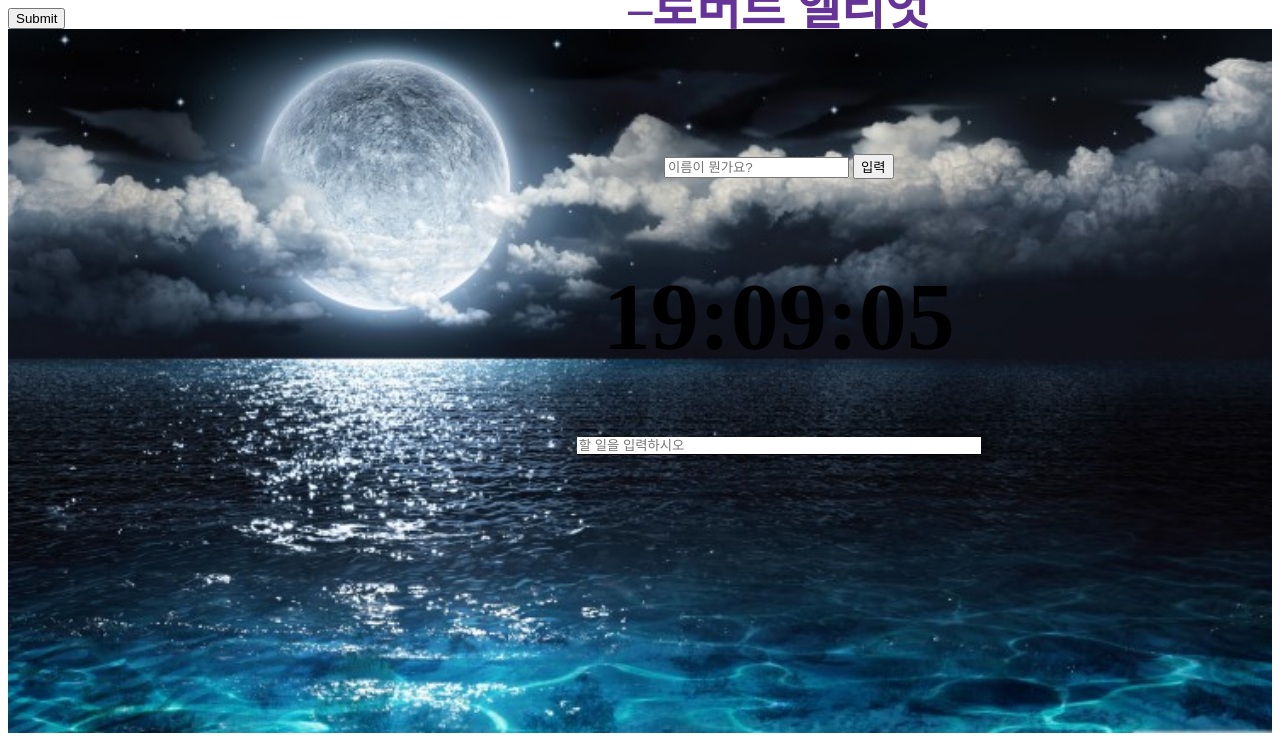
Repository: jun01270/F-E-practice
Page: index.html
The author's editor kept a copy of each file at every save. The page is drawn from the files as they stood at one save, then again after the next save.
The browser window is 1280 px wide. The pictures show the whole page.

Above is the page before, as saved 2023-01-10 14:50:15.
Console error: TypeError: Cannot read properties of null (reading 'addEventListener')

### index.html
<!DOCTYPE html>
<html lang="en">
  <head>
    <meta charset="UTF-8" />
    <meta http-equiv="X-UA-Compatible" content="IE=edge" />
    <meta name="viewport" content="width=device-width, initial-scale=1.0" />
    <link rel="stylesheet" href="/css/style.css" />
    <title>Document</title>
  </head>
  <body>
    <div id="all">
      <form id="userName-form" class="hidden">
        <input required type="text" placeholder="이름이 뭔가요?" />
        <input type="submit" value="입력" />
      </form>
      <br />
      <h1 id="clock">00:00:00</h1>
      <form id="todo-form">
        <input id="input-blank" type="text" placeholder="할 일을 입력하시오" />
      </form>
      <ul id="todo-list"></ul>
      <div id="quote">
        <h1></h1>
        <h1></h1>
      </div>
    </div>
    <div>
      <form>
        <input type="submit" class="userName-form" />
      </form>
    </div>
    <script src="/js/greeting.js"></script>
    <script src="/js/clock.js"></script>
    <script src="/js/quotes.js"></script>
    <script src="/js/background.js"></script>
    <script src="js/todo.js"></script>
    <script src="/js/weather.js"></script>
  </body>
</html>

### css/style.css
.hidden {
  display: none;
}

#background {
  width: 100%;
  height: 100%;
  padding: 0;
}

body {
  position: relative;
}

#all {
  position: absolute;
  top: 20%;
  left: 45%;
  text-align: center;
}

#clock {
  font-size: 600%;
}

#input-blank {
  width: 400px;
  border-top: none;
  border-left: none;
  border-right: none;
  border-bottom: 1px solid black;
}

#todo-list {
  color: yellow;
}

#quote {
  position: absolute;
  bottom: 400px;
  color: rebeccapurple;
  font-size: x-large;
}

### js/greeting.js
const userNameBtn = document.querySelector("#userName-form submit");
const userName = document.querySelector("#userName-form input");
const loginForm = document.querySelector("#userName-form");
const firstH1 = document.getElementById("result");
const SavedUserName = localStorage.getItem("username");
const HIDDEN_CLASSNAME = "hidden";
const toStart = document.querySelector("button.boom");

function loginResult(e) {
  e.preventDefault();
  loginForm.classList.add(HIDDEN_CLASSNAME);
  const userName1 = userName.value;
  localStorage.setItem("username", userName1);
  paintUserName();
}

function paintUserName() {
  const userName1 = localStorage.getItem("username");
  firstH1.innerText = `Hello ${userName1}`;
  firstH1.classList.remove(HIDDEN_CLASSNAME);
}

if (SavedUserName === null) {
  loginForm.classList.remove(HIDDEN_CLASSNAME);
  loginForm.addEventListener("submit", loginResult);
} else {
  paintUserName();
}

function deleteUserName() {
  localStorage.removeItem("username");
  location.reload();
}

toStart.addEventListener("click", deleteUserName);
console.log(toStart.className);

### js/clock.js
const all = document.querySelector("div#all");
const clock = all.querySelector("h1#clock");

function getClock() {
  const date = new Date();
  let Hours = String(date.getHours()).padStart(2, "0");
  let Minutes = String(date.getMinutes()).padStart(2, "0");
  let Seconds = String(date.getSeconds()).padStart(2, "0");
  // console.log(`${date.getHours()}:${date.getMinutes()}:${date.getSeconds()}`);
  clock.innerText = `${Hours}:${Minutes}:${Seconds}`;
}

getClock();
setInterval(getClock, 1000);

### js/quotes.js
const quotes = [
  {
    quote: "삶이 있는 한 희망은 있다",
    author: "-키케로",
  },
  {
    quote: "산다는것 그것은 치열한 전투이다.",
    author: "-로망로랑",
  },
  {
    quote: "하루에 3시간을 걸으면 7년 후에 지구를 한바퀴 돌 수 있다. ",
    author: "-사무엘존슨",
  },
  {
    quote: "언제나 현재에 집중할수 있다면 행복할것이다. ",
    author: "-파울로 코엘료",
  },
  {
    quote:
      "진정으로 웃으려면 고통을 참아야하며 , 나아가 고통을 즐길 줄 알아야 해 ",
    author: "-찰리 채플린",
  },
  {
    quote: "직업에서 행복을 찾아라. 아니면 행복이 무엇인지 절대 모를 것이다 ",
    author: "-엘버트 허버드",
  },
  {
    quote: "신은 용기있는자를 결코 버리지 않는다 ",
    author: "-켄러",
  },
  {
    quote:
      "행복의 문이 하나 닫히면 다른 문이 열린다 그러나 우리는 종종 닫힌 문을 멍하니 바라보다가 우리를 향해 열린 문을 보지 못하게 된다 ",
    author: "–헬렌켈러",
  },
  {
    quote: "피할수 없으면 즐겨라 ",
    author: "–로버트 엘리엇",
  },
];
const quoteCount = quotes.length;
const quote = document.querySelector("#quote h1:first-child");
const author = document.querySelector("#quote h1:last-child");
const todaysQuote = quotes[Math.floor(Math.random() * quoteCount)];

function showQuote() {
  console.log(quotes[Math.floor(Math.random() * quoteCount)]);
  quote.innerText = todaysQuote.quote;
  author.innerText = todaysQuote.author;
}

setInterval(showQuote, 1000);

### js/background.js
const images = ["moon.jpg", "river.jpg", "orora.jpg"];
const chosenImage = images[Math.floor(Math.random() * images.length)];
const bgImage = document.createElement("img");
const content = document.getElementById("wrapper");
bgImage.id = "background";

bgImage.src = `img/${chosenImage}`;

document.body.appendChild(bgImage);
// bgImage.appendChild(content);

console.log(content);

### js/todo.js
const toDoForm = document.getElementById("todo-form");
const toDoInput = document.querySelector("#todo-form input");
const toDoLi = document.querySelector("#todo-list li");
const toDoList = document.getElementById("todo-list");
const TODOS_KEY = "todos";
let toDos = [];

function saveToDoLists() {
  localStorage.setItem(TODOS_KEY, JSON.stringify(toDos));
}

function deleteToDo(e) {
  const todoLi = e.target.parentNode;
  todoLi.remove();
  const cleanToDos = toDos.filter((toDo) => toDo.id !== todoLi.id);
  toDos = cleanToDos;
  saveToDoLists();
}

function paintToDo(newToDoObj) {
  const listOfToDo = document.createElement("div");
  listOfToDo.id = newToDoObj.Id;
  const span = document.createElement("span");
  span.innerText = newToDoObj.text;
  const deleteButton = document.createElement("button");
  deleteButton.innerText = "X";
  deleteButton.addEventListener("click", deleteToDo);
  listOfToDo.appendChild(span);
  listOfToDo.appendChild(deleteButton);
  toDoList.appendChild(listOfToDo);
}

function handleToDoSubmit(e) {
  e.preventDefault();
  const newToDo = toDoInput.value;
  toDoInput.value = "";
  const newToDoObj = {
    text: newToDo,
    id: toDos.length + 1,
  };
  toDos.push(newToDoObj);
  paintToDo(newToDoObj);
  saveToDoLists();
}

toDoForm.addEventListener("submit", handleToDoSubmit);

const getToDo = localStorage.getItem(TODOS_KEY);
if (getToDo !== null) {
  const parseToDo = JSON.parse(getToDo);
  toDos = parseToDo;
  parseToDo.forEach(paintToDo);
}

### js/weather.js
const API_KEY = "fbf7375beaa21a73574692bdaef4a2e7";

function onGeoSuc(position) {
  const lat = position.coords.latitude;
  const lon = position.coords.longitude;
  console.log("Your position is", lat, lon);
  const url = `https://api.openweathermap.org/geo/1.0/reverse?lat=${lat}&lon=${lon}&limit={limit}&appid=${API_KEY}`;
  console.log(url);
}

function onGeoErr() {
  alert("위치를 찾을 수 없습니다.");
}
navigator.geolocation.getCurrentPosition(onGeoSuc, onGeoErr);

After the next save:
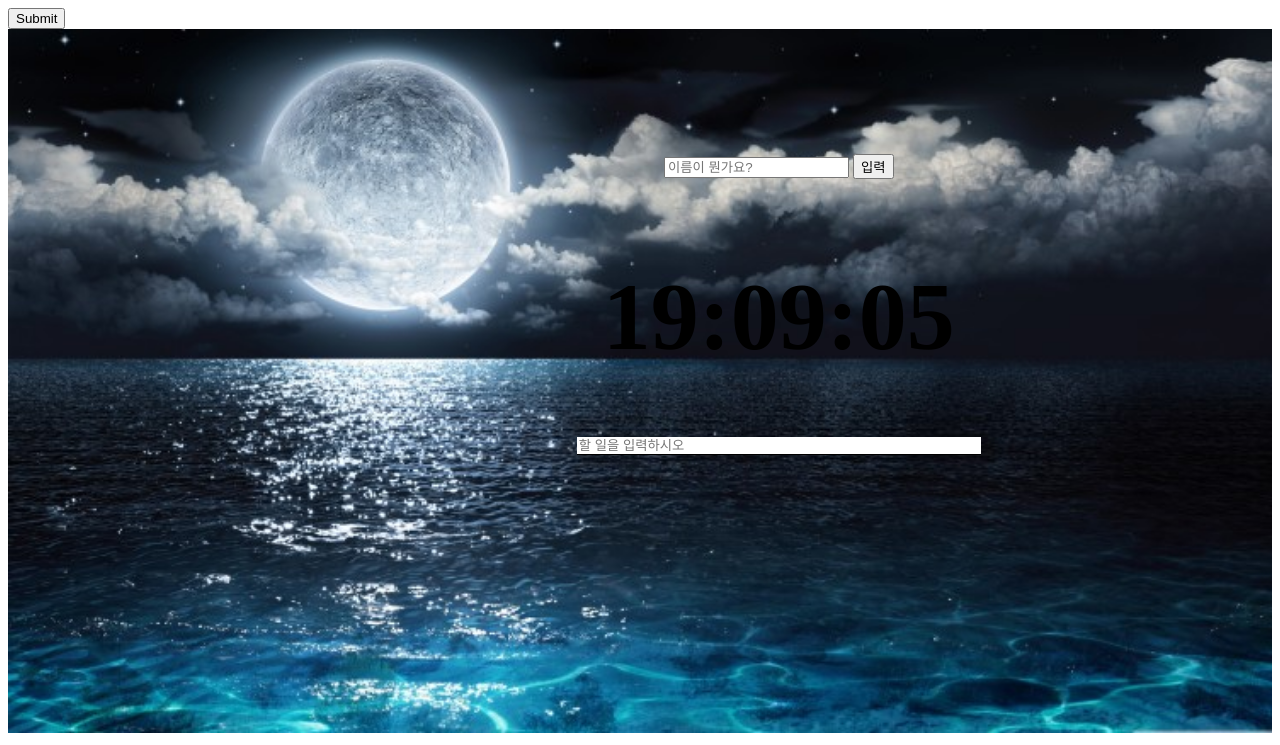
Saved 23 s later.
--- a/index.html
+++ b/index.html
@@ -20,8 +20,8 @@
       </form>
       <ul id="todo-list"></ul>
       <div id="quote">
-        <h1></h1>
-        <h1></h1>
+        <span></span>
+        <span></span>
       </div>
     </div>
     <div>

After the save that followed:
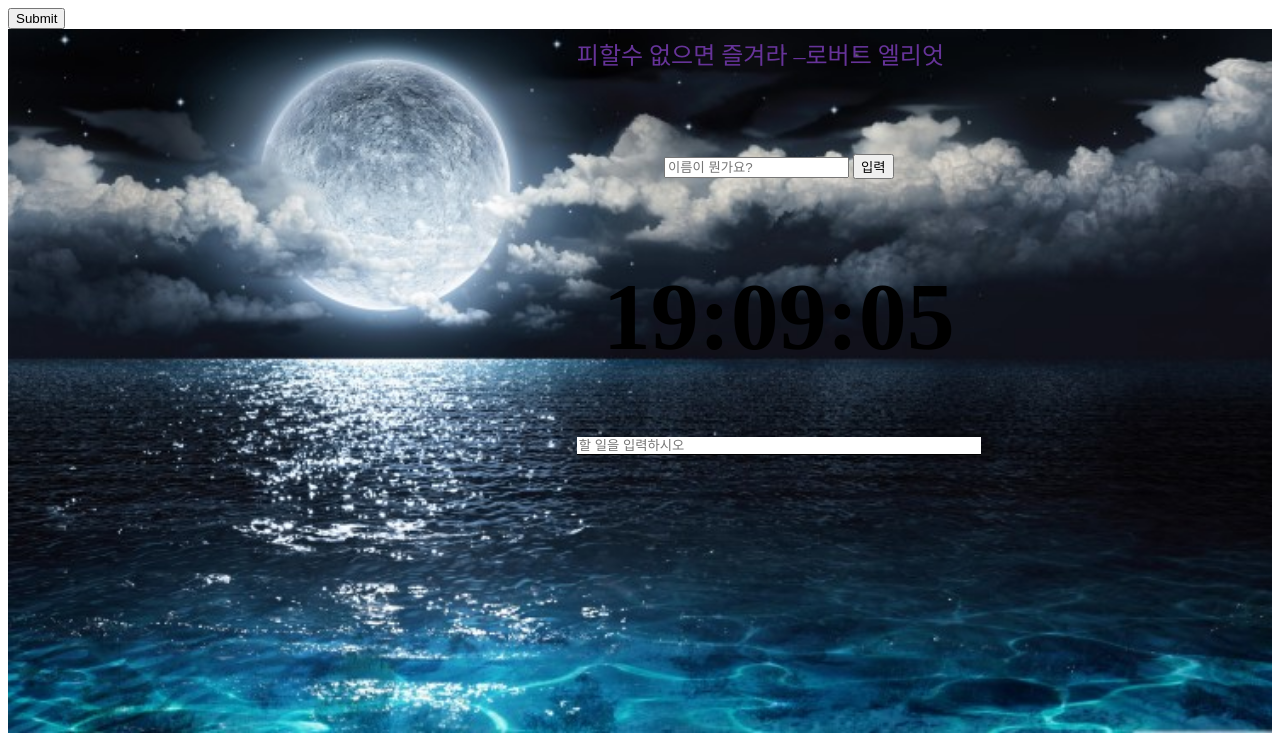
Saved 8 s later.
--- a/js/quotes.js
+++ b/js/quotes.js
@@ -39,8 +39,8 @@ const quotes = [
   },
 ];
 const quoteCount = quotes.length;
-const quote = document.querySelector("#quote h1:first-child");
-const author = document.querySelector("#quote h1:last-child");
+const quote = document.querySelector("#quote span:first-child");
+const author = document.querySelector("#quote span:last-child");
 const todaysQuote = quotes[Math.floor(Math.random() * quoteCount)];
 
 function showQuote() {
